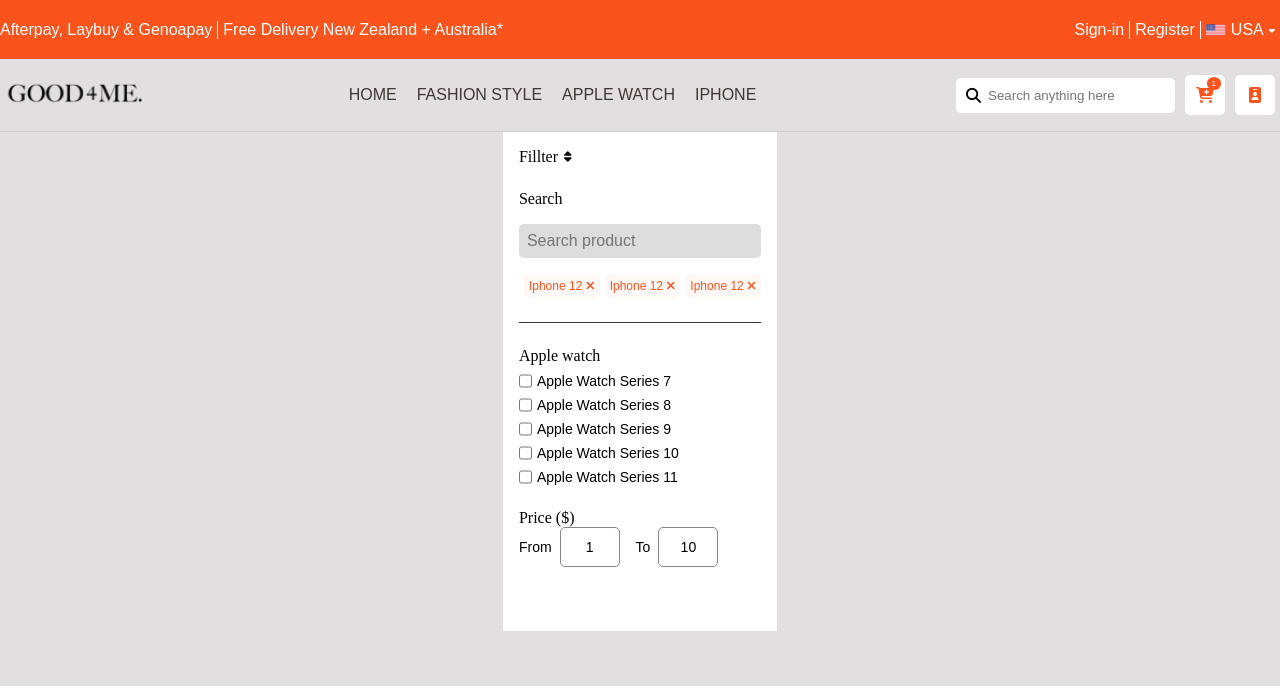
Repository: Ngoc28/Shoppe-web
Page: html/category.html
These files come from the project's save history. The page is drawn as it stood at one moment and after a run of saves; the edit follows.
The browser window is 1280 px wide. The pictures show the whole page.
Some web fonts or font styles are not loaded; a fallback is used.

Above is the page before, as saved 2023-08-08 14:33:13.

### html/category.html
<!DOCTYPE html>
<html lang="en">
<head>
    <meta charset="UTF-8">
    <meta name="viewport" content="width=device-width, initial-scale=1.0">
    <title>Category</title>
    <link rel="stylesheet" href="../accest/css/base.css">
    <link rel="stylesheet" href="/accest/css/category.css">
    <link rel="stylesheet" href="https://cdnjs.cloudflare.com/ajax/libs/font-awesome/6.4.2/css/all.min.css"
        integrity="sha512-z3gLpd7yknf1YoNbCzqRKc4qyor8gaKU1qmn+CShxbuBusANI9QpRohGBreCFkKxLhei6S9CQXFEbbKuqLg0DA=="
        crossorigin="anonymous" referrerpolicy="no-referrer" />
</head>
<body>
    <header>
        <div class="header-top">
            <div class="header-info wide">
                <div class="header-info-dis">
                    <p class="header-info-country">Afterpay, Laybuy & Genoapay</p>
                    <div class="boder-r"></div>
                    <p class="header-info-country">Free Delivery New Zealand + Australia*</p>
                </div>
                <div class="header-info-user">
                    <div class="header-authen">
                        <p class="btn-sign">Sign-in</p>
                        <div class="boder-r"></div>
                        <p class="btn-register">Register</p>
                        <div class="boder-r"></div>
                    </div>
                    <div class="header-contry">
                        <img src="../accest/image/co.png" alt="" width="20px" , height="12px">
                        <p class="btn-country">
                            USA
                            <i class="fa-solid fa-caret-down"></i>
                        </p>
                    </div>
                </div>
            </div>
        </div>
        <div class="header-bot">
            <div class="header-nav wide">
                <div class="header-logo">
                    <img src="../accest/image/Logo_-_Good4Me_140x 1.png" alt="">
                </div>
                <div class="header-navbar">
                    <ul class="nav-link">
                        <li class="nav-item"><a href="/index.html">Home</a></li>
                        <li class="nav-item"><a href="">Fashion style</a></li>
                        <li class="nav-item"><a href="#">Apple watch</a></li>
                        <li class="nav-item"><a href="">Iphone</a></li>
                    </ul>
                </div>
                <div class="header-choose">
                    <label for="search" class="header-search">
                        <i class="fa-solid fa-magnifying-glass"></i>
                        <input type="text" placeholder="Search anything here" id="search">
                    </label>
                    <div class="header-cart">
                        <i class="fa-solid fa-cart-plus"></i>

                        <div class="cart-number">
                            <span>1</span>
                        </div>
                    </div>
                    <div class="header-contact">
                        <i class="fa-solid fa-id-badge"></i>
                    </div>
                </div>
            </div>
        </div>
    </header>

    <div class="container">
        <div class="container-width main-width">
            <div class="container-nav">
                <div class="container-nav-fil">
                    <p>Fillter</p>
                    <i class="fa-solid fa-sort"></i>
                </div>
                <div class="container-nav-search">
                    <label for="search">Search</label>
                    <input type="search" name="search" id="search" placeholder="Search product">
                    <div class="btn-his">
                        <button>
                            Iphone 12
                            <i class="fa-solid fa-xmark"></i>
                        </button>
                        <button>
                            Iphone 12
                            <i class="fa-solid fa-xmark"></i>
                        </button>
                        <button>
                            Iphone 12
                            <i class="fa-solid fa-xmark"></i>
                        </button>

                    </div>
                </div>
                <div class="line"></div>
                <div class="container-nav-brand">
                    <div class="container-nav-heading">
                        <p>Apple watch</p>
                    </div>
                    <div class="container-nav-check">
                        <div class="container-nav-check-item">
                            <input type="checkbox"><p>Apple Watch Series 7</p>
                        </div>
                        <div class="container-nav-check-item">
                            <input type="checkbox"><p>Apple Watch Series 8</p>
                        </div>
                        <div class="container-nav-check-item">
                            <input type="checkbox"><p>Apple Watch Series 9</p>
                        </div>
                        <div class="container-nav-check-item">
                            <input type="checkbox"><p>Apple Watch Series 10</p>
                        </div>
                        <div class="container-nav-check-item">
                            <input type="checkbox"><p>Apple Watch Series 11</p>
                        </div>
                    </div>
                </div>
                <div class="container-nav-price">
                    <p class="container-nav-price-title">
                        Price ($)
                    </p>
                    <div class="container-nav-price-about">
                        <div class="container-nav-price-from">
                            <p>From</p>
                            <button>1</button>
                        </div>

                        <div class="container-nav-price-to">
                            <p>To</p>
                            <button>10</button>
                        </div>
                    </div>
                </div>
                <div class="container-nav-staus">

                </div>
            </div>
            <div class="container-product">

            </div>
        </div>
    </div>
</body>
</html>

### accest/css/base.css
@font-face{font-family:gilroy-bold;font-style:normal;font-weight:400;src:local('Gilroy-Bold'),url(https://fonts.cdnfonts.com/s/16219/Gilroy-Bold.woff) format('woff')}@font-face{font-family:gilroy-heavy;font-style:normal;font-weight:400;src:local('Gilroy-Heavy'),url(https://fonts.cdnfonts.com/s/16219/Gilroy-Heavy.woff) format('woff')}@font-face{font-family:gilroy-light;font-style:normal;font-weight:400;src:local('Gilroy-Light'),url(https://fonts.cdnfonts.com/s/16219/Gilroy-Light.woff) format('woff')}@font-face{font-family:gilroy-medium;font-style:normal;font-weight:400;src:local('Gilroy-Medium'),url(https://fonts.cdnfonts.com/s/16219/Gilroy-Medium.woff) format('woff')}@font-face{font-family:gilroy-regular;font-style:normal;font-weight:400;src:local('Gilroy-Regular'),url(https://fonts.cdnfonts.com/s/16219/Gilroy-Regular.woff) format('woff')}

*{
    padding: 0;
    margin: 0;
    box-sizing: border-box;
}

:root {
    --main-color: #FA541C;
    --footer-color: #FFF8F6;
    --white-color: #FFFF;
    --text-color: #3D3737;
    --gray-text:#85858A;
    --gray-background: #DDDDDD;
    --main-background: #e0ddddef;
}

.wide{
    width: 1280px;
}

html {
    font-family: gilroy-regular, sans-serif;
}

body {
    background: var(--main-background);
}
/* header */
header {
}

.header-top {
    background: var(--main-color);
    display: flex;
    justify-content: center;
    align-items: center;
    width: 100%;
    height: 100%;
    height: 59px;
}

.header-info {
    display: flex;
    justify-content: space-between;
}

.header-info-dis {
    display: flex;
}

.header-info-country {
    font-size: 16px;
    font-weight: 300;
    color: var(--white-color);
}

.boder-r {
    border-right: 1px solid #fff;
    margin: 0 5px;
}

.header-authen {
    display: flex;
}

.header-info-user {
    display: flex;

}

.btn-sign,
.btn-register {
    border: none;
    background-color: var(--main-color);
    color: var(--white-color);
    font-size: 16px;
    font-weight: 200;
    cursor: pointer;
}


.header-contry {
    display: flex;
    align-items: center;
}

.btn-country {
    border: none;
    background: var(--main-color);
    color: var(--white-color);
    font-size: 16px;
    font-weight: 300;
    text-transform: uppercase;
    padding: 0 5px;
    display: flex;
    align-items: center;
    cursor: pointer;
}

.btn-country i {
    padding-left:5px ;
    font-size: 10px;
    color: var(--white-color);
}

/* NAVBAR */
.header-bot {
    display: flex;
    justify-content: center;
    /* margin: 0 auto; */
    width: 100%;
    /* height: 100%;      */
    border-bottom: 1px solid #ccc ;
    /* background: var(--gray-background); */
}

.header-logo img {
    object-fit: cover;
}

.header-nav {
    height: 72px;
    display: flex;
    align-items: center;
    justify-content: space-between;
}

.nav-link {
    display: flex;

}

.nav-item {
    list-style: none;
}

.nav-item a {
    text-decoration: none;
    color: var(--text-color);
    font-size: 16px;
    font-weight: 600px;
    padding: 0 10px;
    text-transform: uppercase;
}

.nav-item a:hover {
    color: var(--main-color);
}

.header-choose {
    display: flex;
    align-items: center;
    border-radius: 5px;

}

.header-search {
    background: var(--white-color);
    padding: 10px;
    display: flex;
    align-items: center;
    justify-content: center;
    border-radius: 5px;
    margin-right: 5px;
}

.header-search input {
    border: none;
    outline: none;

}

.header-search i {
    font-size: 15px;
    margin-right: 7px;
}

.header-cart,
.header-contact {
    background: var(--white-color);
    /* padding: 10px; */
    border-radius: 5px;
    margin: 0 5px;
    width: 40px;
    height: 40px;
    display: flex;
    justify-content: center;
    align-items: center;
}

.header-cart {
    position: relative;
}

.header-cart i,
.header-contact i {
    color: var(--main-color);
}

.cart-number {
    position: absolute;
    top: -3px;
    right: 4px;
    z-index: 1;
    /* width: 30px;
    height: 30px; */
}
.cart-number span {
    padding: 2px 5px;
    font-size: 8px;
    border-radius: 50%;
    background: var(--main-color);
    color: var(--white-color);
}

/* product */

.component {
    display: flex;
    flex-direction: column;
    margin: 32px auto 0;
}

.product {
    margin: 32px 0;
    display: flex;
    flex-wrap: wrap;
    gap: 32px;
}


.product-item {
    background: var(--white-color);
    display: flex;
    padding: 10px;
    flex: 1;
    border-radius: 8px;
}

.product-info {
    display: flex;
    flex-direction: column;
    gap: 16px;
    margin: auto 0;
}

.product-img {
    margin-right: 10px;
}

.product-img img {
    object-fit: cover;
}

.product-info-title {
    display: flex;
    justify-content: space-between;
}

.product-info-title p {
    font-family: gilroy-medium;
    font-size: 16px;
}

.product-info-title button {
    border: none;
    background: #F6FFED;
    color: #389E0D;
    padding: 5px;
}

.product-info-text p {
    font-size: 16px;
}

.product-info-color {
    display: flex;
}

.product-info-color p {
    font-size: 16px;
    margin-right: 5px;
}

.product-choose-color {
    display: flex;
    background-color: var(--gray-background);
    border-radius: 6px;
    padding: 3px;
}

.product-choose-white{
    margin-right: 5px;
    padding: 1px 8px;
    background: var(--white-color);
    border-radius: 50%;
}

.product-choose-black{
    margin-right: 5px;
    padding: 1px 8px;
    background: #000;
    border-radius: 50%;
}

.product-choose-vio{
    margin-right: 5px;

    padding: 1px 8px ;
    background: #304A23;
    border-radius: 50%;
}

.product-choose-red{
    padding: 1px 8px;
    background: #AF0303;
    border-radius: 50%;
}

.product-info-status {
    display: flex;
}

.product-info-status p{
    font-size: 16px;
    color: var(--text-color);
    margin-right: 5px;
}

.product-info-status span {
    color: #389E0D;
}

.product-info-price {
    display: flex;
    justify-content: space-between;
}

.product-info-price span{
    font-family: gilroy-medium;
    font-size: 16px;
}


/* footer */
footer {
    padding: 32px 0;
    background: var(--footer-color);
}


.footer-top {
    display: flex;
    gap: 40px;
    margin: 0 auto 32px;
}

.text {
    flex: 1;
    display: flex;
    flex-direction: column;
    gap: 16px;
}

.footer-logo img {
    object-fit: cover;
}


.footer-item p {
    font-family: gilroy-medium;
    font-size: 20px;
    text-transform: uppercase;
}

.text p {
    font-size: 16px;
}

.line-footer {
    width: 1280px;
    border-bottom: 1px solid var(--text-color);
    margin: 0 auto 32px;

}

.footer-bot {
    display: flex;
    justify-content: space-between;
    margin: 0 auto;
}

.footer-bot-text p {
    font-size: 16px;
}

.footer-bot-text p span {
    font-family: gilroy-medium;
    color: var(--main-color);
    text-transform: uppercase;
}

### accest/css/category.css
.container {
    display: flex;
    justify-content: center;
}

.container-nav{
    display: flex;
    flex-direction: column;
    background: var(--white-color);
    flex: 1;
    gap: 24px;
    padding: 16px 16px 40px;
    flex-direction: column;
}

.container-nav-fil {
    display: flex;
    align-items: center;
}

.container-nav-fil p{
    font-size: 16px;
    margin-right: 6px;
    font-family: gilroy-medium;

}

.container-nav-fil i {
    font-size: 12px;
}

.container-product {
    flex: 4;
}

.container-nav-search {
    display: flex;
    flex-direction: column;
    gap: 16px;
}

.container-nav-search label{
    display: block;
    font-family: gilroy-medium;
    font-size: 16px;
}

.container-nav-search input {
    background: var(--gray-background);
    border: none;
    outline: none;
    padding: 8px;
    border-radius: 5px;
    font-size: 16px;
}

.btn-his {
    display: flex;
    flex-wrap: wrap;
}

.btn-his button{
    margin-left: 5px;
    background: #FFF8F6;
    color: var(--main-color);
    padding: 5px;
    border-radius: 5px;
    font-size: 12px;
    border: none;
    cursor: pointer;
}

.btn-his button:hover {
    background: var(--main-color);
    color: var(--white-color);

}

.line {
    border-bottom: 1px solid var(--text-color);
}

.container-nav-heading p {
    font-size: 16px;
    font-family: gilroy-medium;
    margin-bottom: 8px;
}

.container-nav-check {
    display: flex;
    flex-direction: column;
    gap: 8px;
}

.container-nav-check-item {
    display: flex;
}

.container-nav-check-item p {
    font-size: 14px;
    margin-left: 5px;
}

.container-nav-price {
}

.container-nav-price-title {
    font-size: 16px;
    font-family: gilroy-medium;

}

.container-nav-price-about {
    display: flex;
    gap: 16px;
}

.container-nav-price-from,
.container-nav-price-to  {
    align-items: center;
    display: flex;
}

.container-nav-price-from p,
.container-nav-price-to p {
    font-size: 14px;
    margin-right: 8px;
}

.container-nav-price-from button,
.container-nav-price-to button {
    width: 60px;
    height: 40px;
    padding: 8px 10px;
    border-radius: 5px;
    font-size: 14px;
    background: var(--white-color);
    border: 1px solid var(--gray-text);
}

After the next 2 saves:
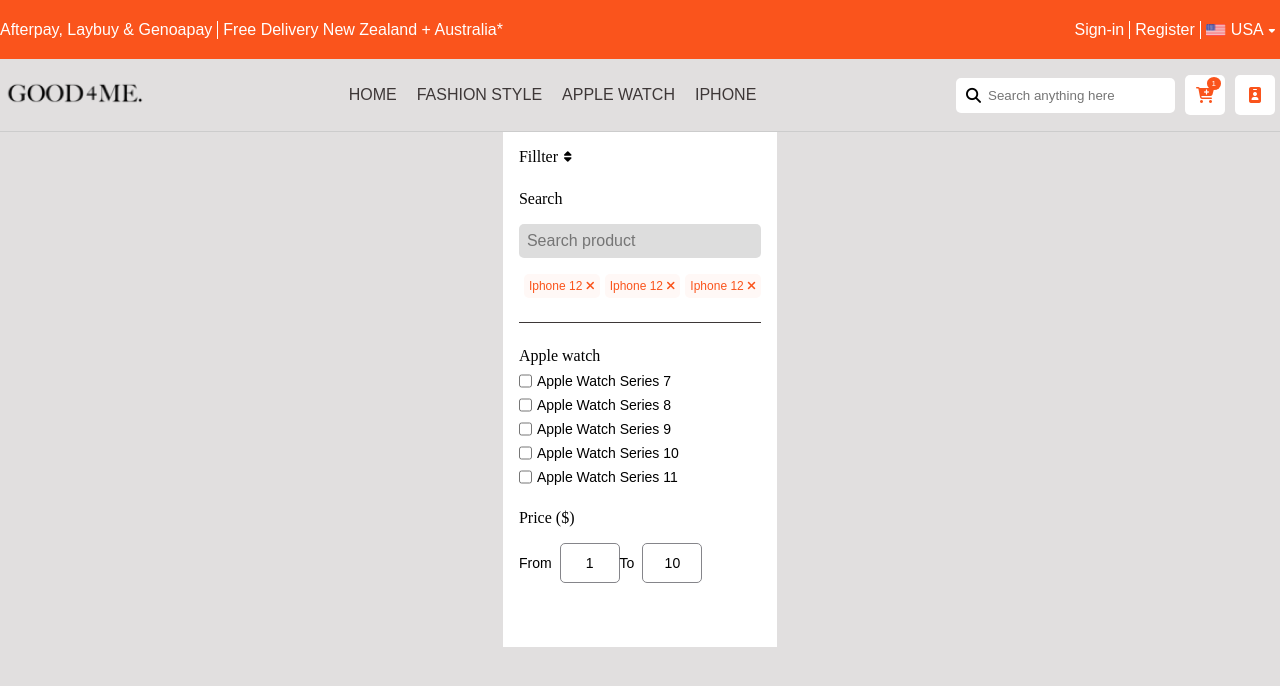
The 2 saves are shown as one change because they came seconds apart.
The last was saved 29 s later.
--- a/accest/css/category.css
+++ b/accest/css/category.css
@@ -112,7 +112,7 @@
 
 .container-nav-price-about {
     display: flex;
-    gap: 16px;
+    margin-top: 16px;
 }
 
 .container-nav-price-from,
